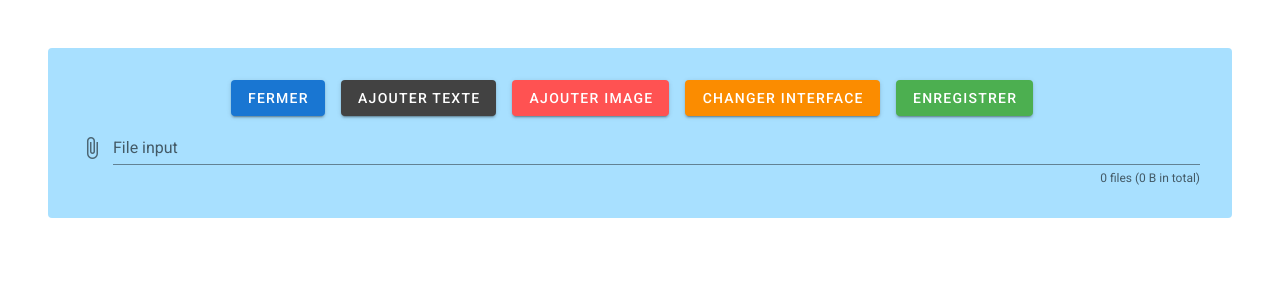
Repository: Hamagistral/BannerApp-Vue
Page: /#/dynamicPage
These files come from the project's save history. The page is drawn as it stood at one moment and after the next save; the edit follows.
The browser window is 1280 px wide. The pictures show the whole page.
The project was rebuilt for these pictures with package versions that can differ from the ones it lists, and the page was loaded fresh each time. Also part of the build but not shown: vue.config.js, src/components/WidgetText.vue, src/components/WidgetImage.vue, src/components/Home.vue.

Above is the page before, as saved 2023-02-07 01:38:12.

### public/index.html
<!DOCTYPE html>
<html lang="en">
  <head>
    <meta charset="utf-8">
    <meta http-equiv="X-UA-Compatible" content="IE=edge">
    <meta name="viewport" content="width=device-width,initial-scale=1.0">
    <link rel="icon" href="<%= BASE_URL %>favicon.ico">
    <title>Banner App</title>
    <link rel="stylesheet" href="https://fonts.googleapis.com/css?family=Roboto:100,300,400,500,700,900">
    <link rel="stylesheet" href="https://cdn.jsdelivr.net/npm/@mdi/font@latest/css/materialdesignicons.min.css">
  </head>
  <body>
    <noscript>
      <strong>We're sorry but Banner App doesn't work properly without JavaScript enabled. Please enable it to continue.</strong>
    </noscript>
    <div id="app"></div>
    <!-- built files will be auto injected -->
  </body>
</html>

### src/App.vue
<template>
  <v-app>
    <v-main>
      <v-container class="pa-12" fluid>
        <router-view align="center" justify="center" ></router-view>
      </v-container>
    </v-main>
  </v-app>
</template>

<script>

export default {
  name: "App",
  components: {},
};
</script>

### src/router/index.js
import Vue from 'vue'
import VueRouter from 'vue-router'
import DynamicPage from '../components/DynamicPage'
import Home from "../components/Home";

Vue.use(VueRouter)

const routes = [
  {
    path: '/',
    name: 'home',
    component: Home
  },
  {
    path: '/dynamicPage',
    name: 'dynamicPage',
    component: DynamicPage
  },

]
const router = new VueRouter({
  routes
})

export default router

### src/components/DynamicPage.vue
<template>
  <div>
    <template>
      <v-form class="primary pa-8 lighten-4 rounded" ref="form" v-model="valid" lazy-validation>
        <v-btn color="primary" class="mr-4" @click="addImage()">
          Fermer
        </v-btn>

        <v-btn color="secondary" class="mr-4" @click="addMore()">
          Ajouter Texte
        </v-btn>

        <v-btn color="error" class="mr-4" @click="addImage()">
          Ajouter Image
        </v-btn>

        <v-btn color="warning" class="mr-4" @click="addImage()">
          Changer Interface
        </v-btn>

        <v-btn color="success" class="mr-4" @click="addImage()">
          Enregistrer
        </v-btn>


        <template>
          <v-file-input
            show-size
            counter
            multiple
            label="File input"
            v-model="chosenFile"
          ></v-file-input>
        </template>
      </v-form>
    </template>

    <div v-for="(course, index) in courses" :key="`text-${index}`">
      <WidgetText></WidgetText>
    </div>
    <div v-for="(file, index) in previewImages" :key="`image-${index}`">
      <WidgetImage :previews="file" vif="file"></WidgetImage>
    </div>
  </div>
</template>

<script>
import WidgetText from "./WidgetText";
import WidgetImage from "./WidgetImage";

export default {
  name: "dynamicPage",
  components: {
    WidgetText,
    WidgetImage,
  },
  props: {
    msg: String,
  },
  data() {
    return {
      chosenFile: null,
      valid: false,
      /*n ' est pas utilise*/
      preview: [
        {
          name: "AAA.jpg",
          chosenFile: "yasser",
        },
      ],
      /*---*/
      previewImages: [],
      courses: 0,
    };
  },
  watch: {
    chosenFile: {
      handler(nw, od) {
        console.log(nw);
      },
      deep: true,
    },
  },
  methods: {
    clean() {
      this.chosenFile = null;
    },
    addMore() {
      this.courses += 1;
    },
    addImage() {
      if(this.chosenFile) {
      this.previewImages.push(...this.chosenFile);
      this.clean();
      } else {
        alert('Erreur, Veuillez choisir !')
      }
    },
  },
};
</script>

Loaded but not shown: src/main.js (common file); src/store/index.js (common file); src/plugins/vuetify.js (common file)

After the next save:
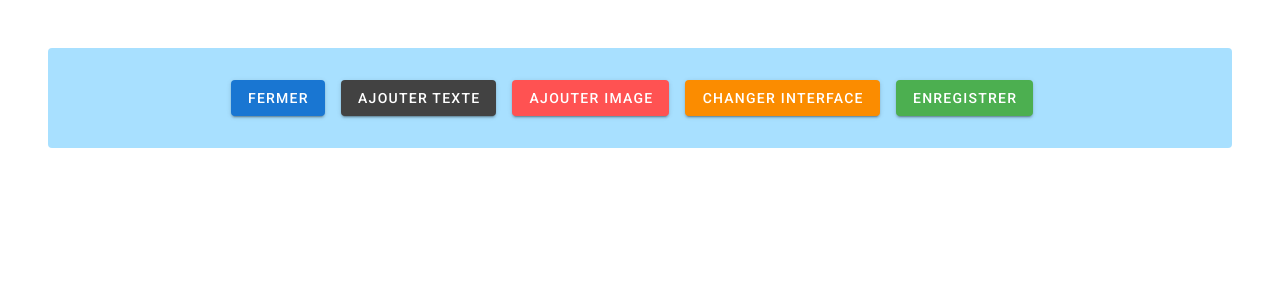
Saved 13 s later.
--- a/src/components/DynamicPage.vue
+++ b/src/components/DynamicPage.vue
@@ -21,17 +21,6 @@
         <v-btn color="success" class="mr-4" @click="addImage()">
           Enregistrer
         </v-btn>
-
-
-        <template>
-          <v-file-input
-            show-size
-            counter
-            multiple
-            label="File input"
-            v-model="chosenFile"
-          ></v-file-input>
-        </template>
       </v-form>
     </template>
 

After the 2 saves that followed:
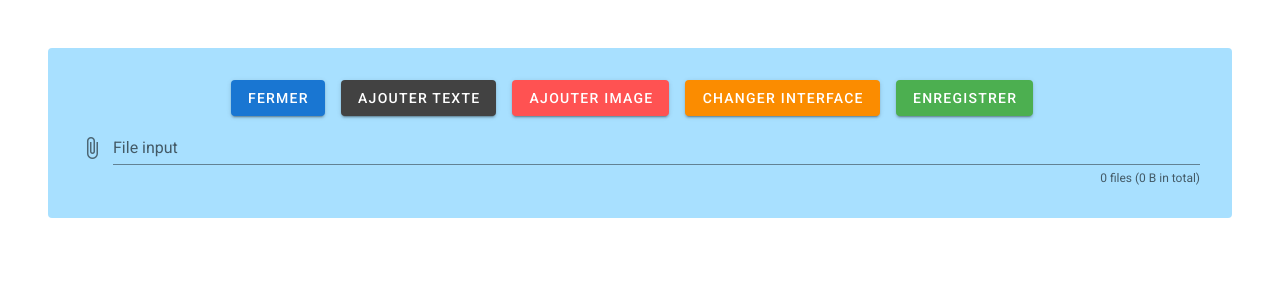
The 2 saves are shown as one change because 1 left the picture as it was.
The last was saved 85 s later.
--- a/src/components/DynamicPage.vue
+++ b/src/components/DynamicPage.vue
@@ -2,7 +2,7 @@
   <div>
     <template>
       <v-form class="primary pa-8 lighten-4 rounded" ref="form" v-model="valid" lazy-validation>
-        <v-btn color="primary" class="mr-4" @click="addImage()">
+        <v-btn color="primary" class="mr-4">
           Fermer
         </v-btn>
 
@@ -14,13 +14,24 @@
           Ajouter Image
         </v-btn>
 
-        <v-btn color="warning" class="mr-4" @click="addImage()">
+        <v-btn color="warning" class="mr-4">
           Changer Interface
         </v-btn>
 
-        <v-btn color="success" class="mr-4" @click="addImage()">
+        <v-btn color="success" class="mr-4">
           Enregistrer
         </v-btn>
+
+
+        <template>
+          <v-file-input
+            show-size
+            counter
+            multiple
+            label="File input"
+            v-model="chosenFile"
+          ></v-file-input>
+        </template>
       </v-form>
     </template>
 
